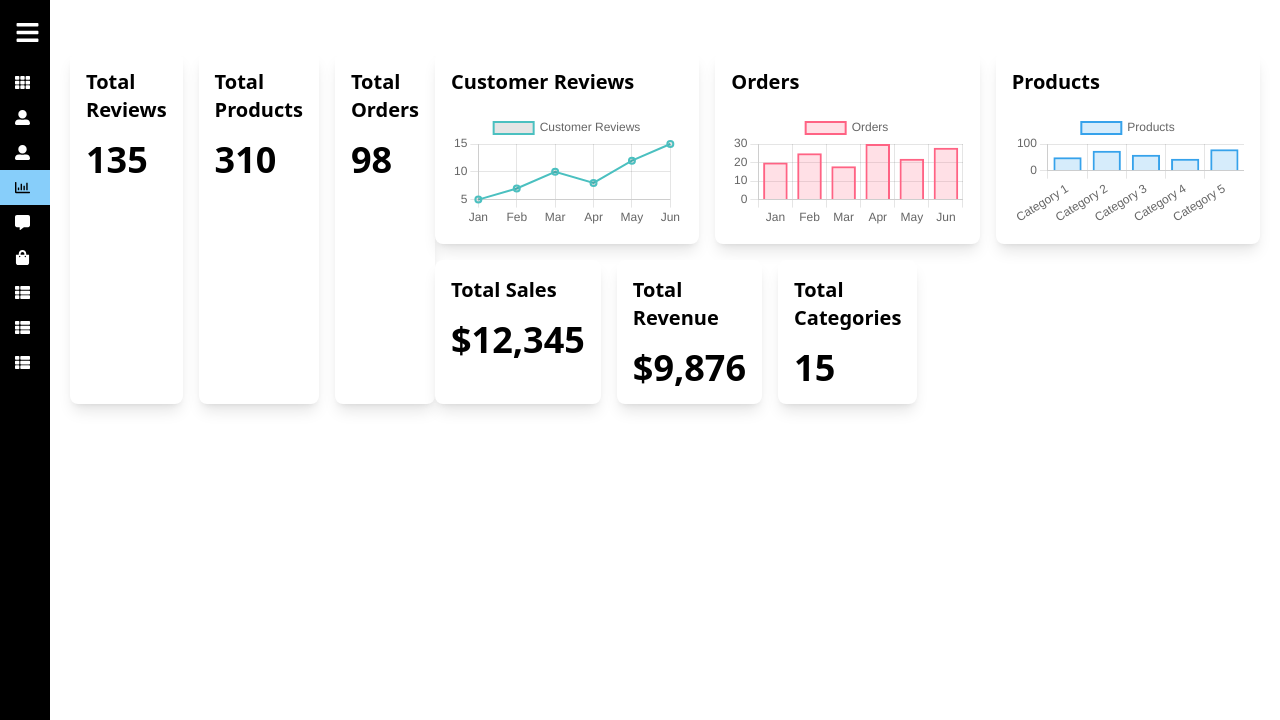
Repository: AndargWorku12/admin-dashboard
Page: /analytics
An editor plug-in stored every save of this project. The page is shown before and after the next save, followed by the edit.
The browser window is 1280 px wide. The pictures show the whole page.
The project was rebuilt for these pictures with package versions that can differ from the ones it lists, and the page was loaded fresh each time. Also part of the build but not shown: src/pages/Dashboard.tsx, src/pages/Orders.tsx, src/pages/Category.tsx, src/pages/Login.tsx, src/pages/CustemerReview.tsx, src/pages/ProductList.tsx, src/pages/ShopCard.tsx, src/pages/SignUpForm.tsx and 1 more.

Above is the page before, as saved 2024-01-29 05:15:32.

After the next save:
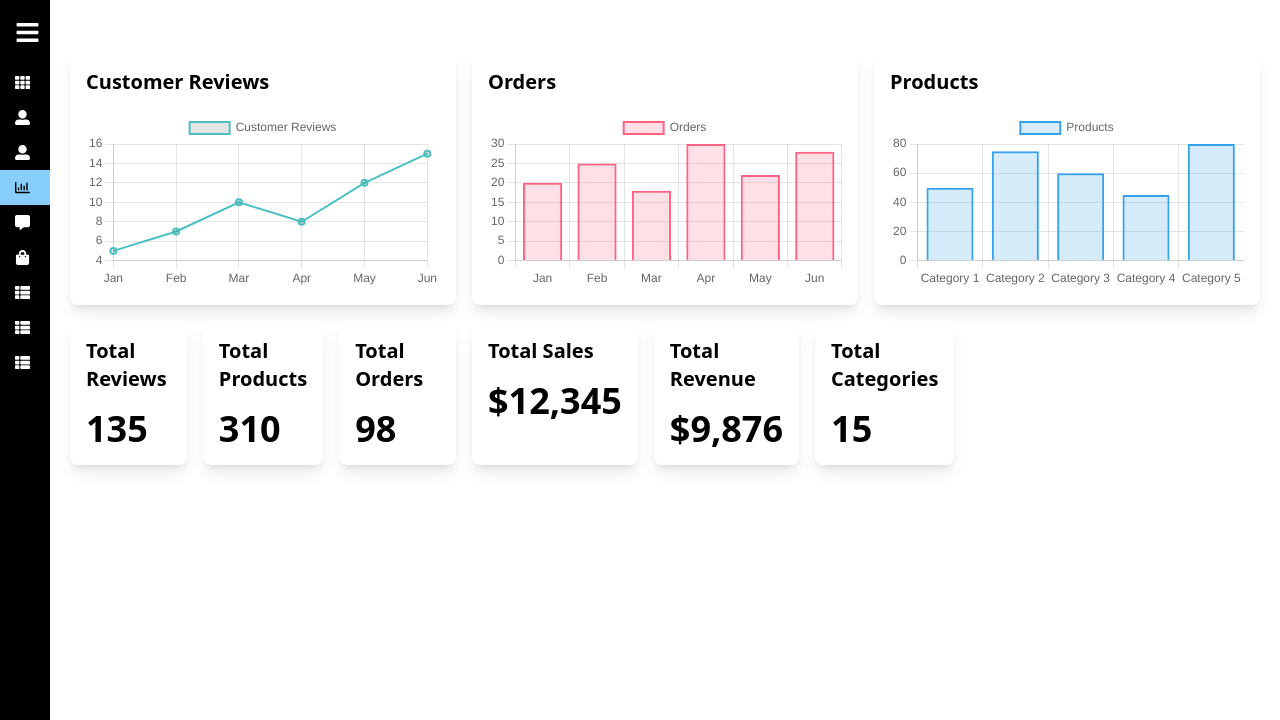
Saved 33 s later.
--- a/src/pages/Analytics.tsx
+++ b/src/pages/Analytics.tsx
@@ -47,23 +47,6 @@ const AnalyticsPage: React.FC = () => {
 
   return (
     <div className="container mx-auto my-8">
-
-<div className="col-span-3 md:col-span-2 lg:col-span-1 flex justify-between">
-          <div className="bg-white p-4 rounded-lg shadow-lg flex-1 mr-4">
-            <h2 className="text-xl font-bold mb-4">Total Reviews</h2>
-            <p className="text-4xl font-bold">135</p>
-          </div>
-
-          <div className="bg-white p-4 rounded-lg shadow-lg flex-1 mr-4">
-            <h2 className="text-xl font-bold mb-4">Total Products</h2>
-            <p className="text-4xl font-bold">310</p>
-          </div>
-
-          <div className="bg-white p-4 rounded-lg shadow-lg flex-1">
-            <h2 className="text-xl font-bold mb-4">Total Orders</h2>
-            <p className="text-4xl font-bold">98</p>
-          </div>
-        </div>
       <div className="grid grid-cols-1 md:grid-cols-2 lg:grid-cols-3 gap-4">
         {/* Customer Reviews Chart */}
         <div className="bg-white p-4 rounded-lg shadow-lg">
@@ -84,7 +67,22 @@ const AnalyticsPage: React.FC = () => {
         </div>
 
         {/* Total Metrics Cards */}
+        <div className="col-span-3 md:col-span-2 lg:col-span-1 flex justify-between">
+          <div className="bg-white p-4 rounded-lg shadow-lg flex-1 mr-4">
+            <h2 className="text-xl font-bold mb-4">Total Reviews</h2>
+            <p className="text-4xl font-bold">135</p>
+          </div>
 
+          <div className="bg-white p-4 rounded-lg shadow-lg flex-1 mr-4">
+            <h2 className="text-xl font-bold mb-4">Total Products</h2>
+            <p className="text-4xl font-bold">310</p>
+          </div>
+
+          <div className="bg-white p-4 rounded-lg shadow-lg flex-1">
+            <h2 className="text-xl font-bold mb-4">Total Orders</h2>
+            <p className="text-4xl font-bold">98</p>
+          </div>
+        </div>
 
         <div className="col-span-3 md:col-span-2 lg:col-span-1 flex justify-between">
           <div className="bg-white p-4 rounded-lg shadow-lg flex-1 mr-4">
